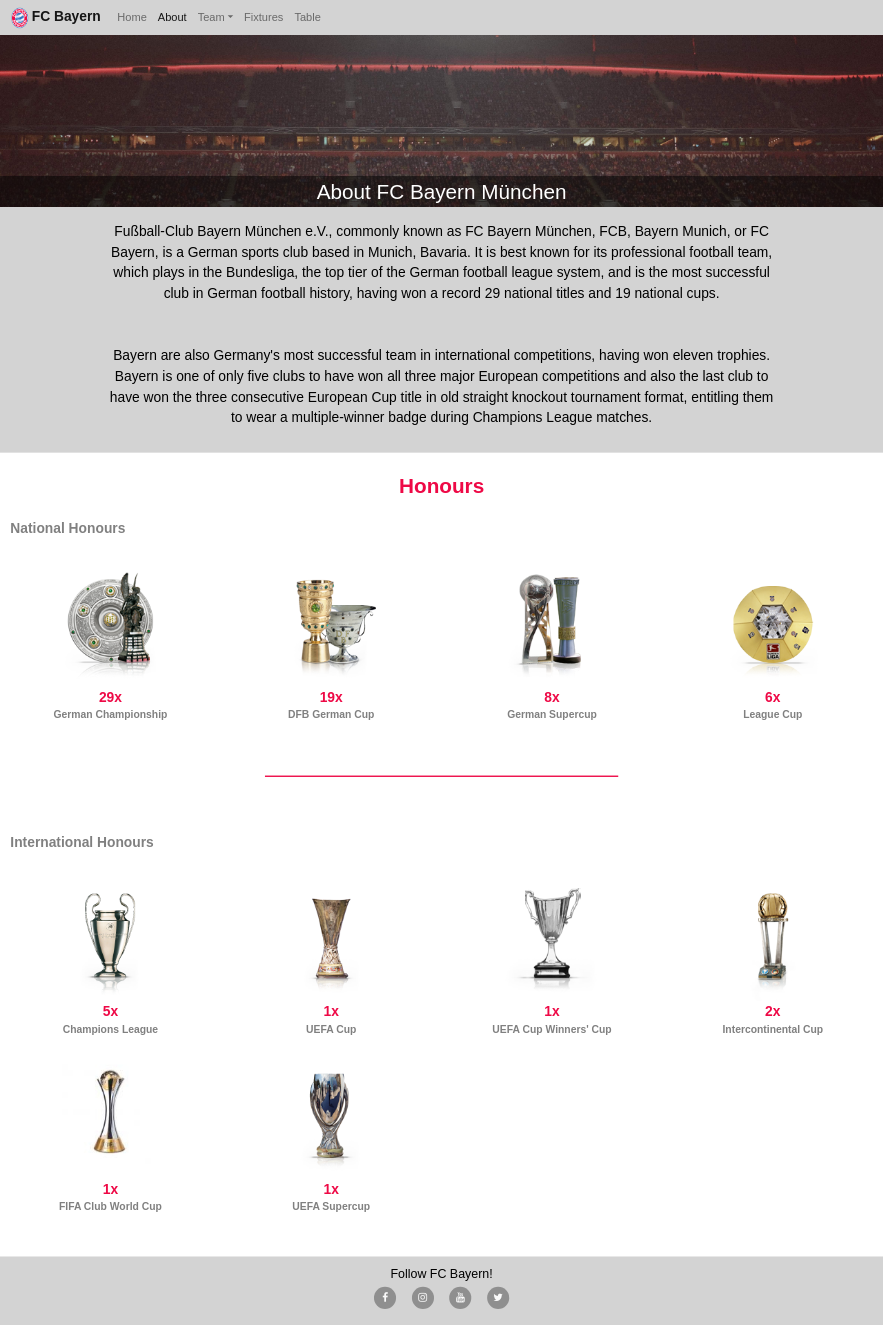
Repository: Code-Institute-Submissions/alnibo-milestone-project-1
Page: about.html
The author's editor kept a record of every edit. The page is drawn from the files as they stood at one moment, then again after the next edit.
The browser window is 1280 px wide. The pictures show the whole page, at 69% of full size.
Some web fonts or font styles are not loaded; a fallback is used.

Above is the page before.

After the next edit:
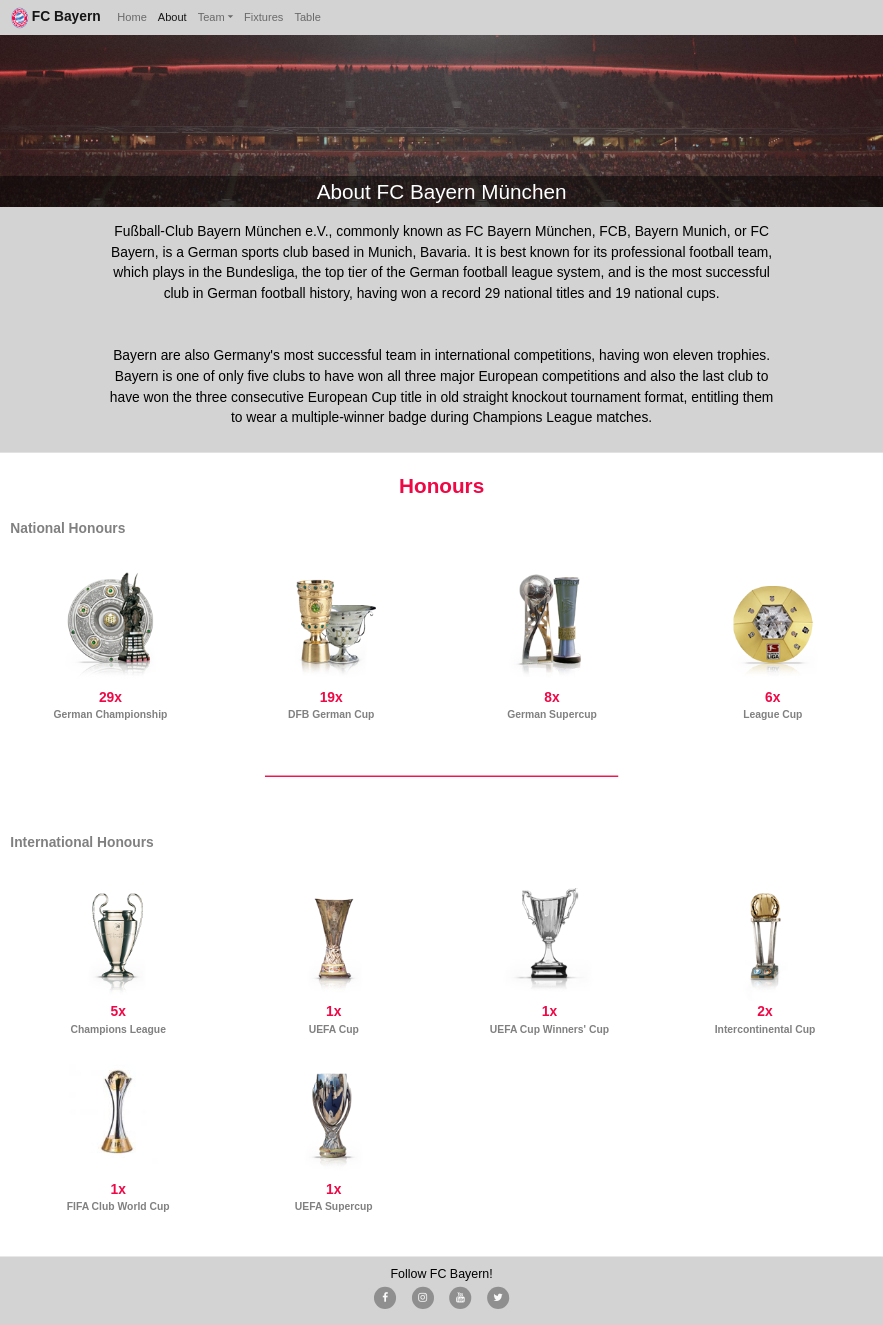
The edit:
--- a/about.html
+++ b/about.html
@@ -139,7 +139,7 @@
 
         <hr class="block-divider-honours">
 
-        <div class="honours-head col-12">
+        <header class="honours-head col-12">
             International Honours
         </div>
 

After the edit that followed:
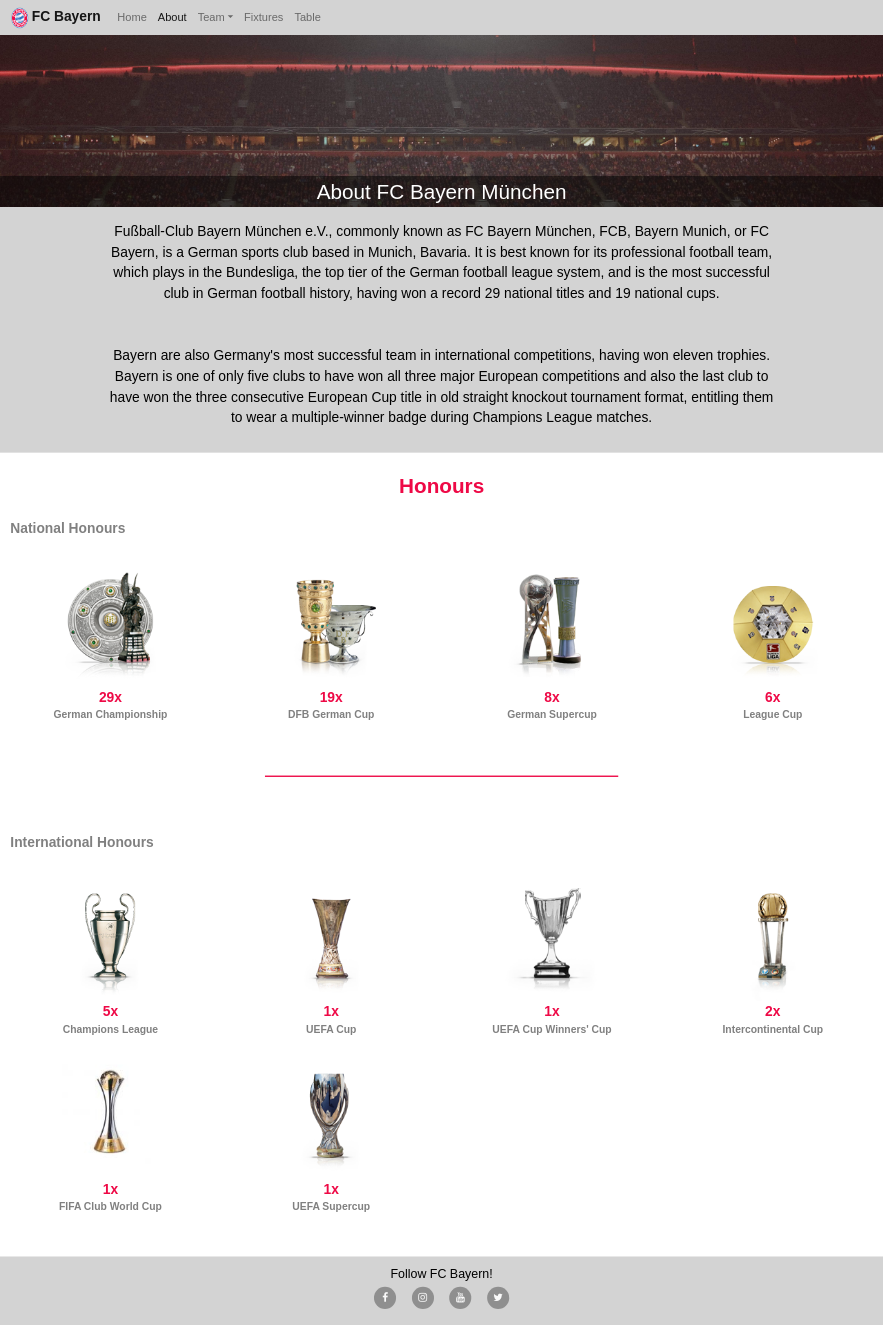
The edit:
--- a/about.html
+++ b/about.html
@@ -141,7 +141,7 @@
 
         <header class="honours-head col-12">
             International Honours
-        </div>
+        </header>
 
         <div class="container-fluid container-honours">
             <div class="row">
